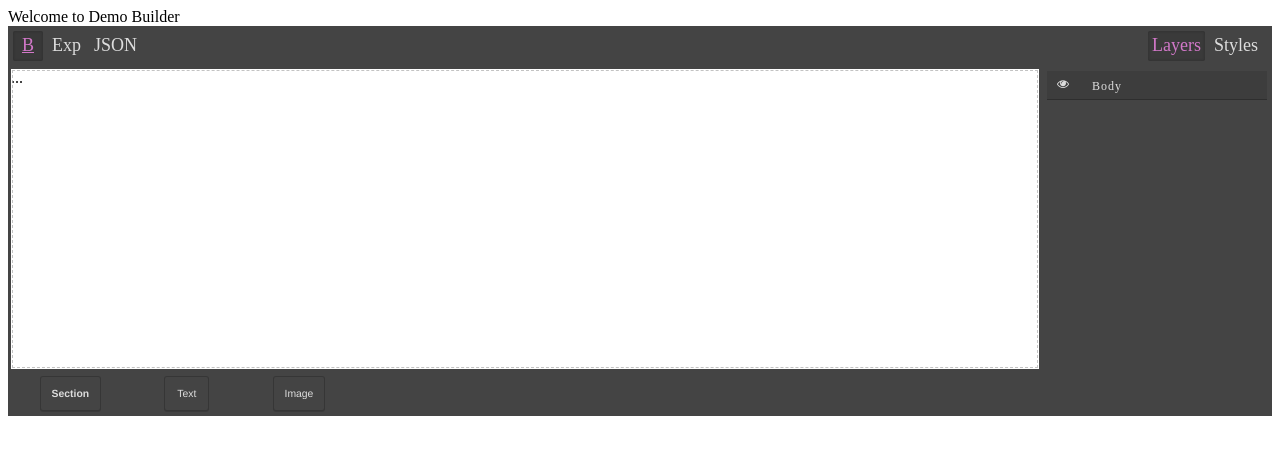
Repository: adityakulkarni000/DemoBuilder
Page: index.html
The author's editor kept a copy of each file at every save. The page is drawn from the files as they stood at one save, then again after a run of saves.
The browser window is 1280 px wide. The pictures show the whole page.

Above is the page before, as saved 2022-06-19 01:44:06.

### index.html
<html>
  <header>Welcome to Demo Builder</header>
  <link rel="stylesheet" href="css/grapes.min.css" />
  <script src="lib/grapes.min.js"></script>

  <!-- STYLE SECTION-->
  <style>
    /* Let's highlight canvas boundaries */
    #gjs {
      border: 3px solid #444;
    }

    /* Reset some default styling */
    .gjs-cv-canvas {
      top: 0;
      width: 100%;
      height: 100%;
    }
    .gjs-block {
      width: auto;
      height: auto;
      min-height: auto;
    }
    .panel__top {
      padding: 0;
      width: 100%;
      display: flex;
      position: initial;
      justify-content: center;
      justify-content: space-between;
    }
    .panel__basic-actions {
      position: initial;
    }
    .editor-row {
      display: flex;
      justify-content: flex-start;
      align-items: stretch;
      flex-wrap: nowrap;
      height: 300px;
    }

    .editor-canvas {
      flex-grow: 1;
    }

    .panel__right {
      flex-basis: 230px;
      position: relative;
      overflow-y: auto;
    }
    .panel__switcher {
      position: initial;
    }
  </style>

  <!-- BODY SECTION-->
  <body>
    <div class="panel__top">
      <div class="panel__basic-actions"></div>
      <div class="panel__switcher"></div>
    </div>
    <div class="editor-row">
      <div class="editor-canvas">
        <div id="gjs">...</div>
      </div>
      <div class="panel__right">
        <div class="layers-container"></div>
        <div class="styles-container"></div>
        <div class="traits-container"></div>
      </div>
    </div>
    <div id="blocks"></div>
  </body>

  <!-- SCRIPT SECTION-->
  <script>
    const editor = grapesjs.init({
      // Indicate where to init the editor. You can also pass an HTMLElement
      container: "#gjs",
      // Get the content for the canvas directly from the element
      // As an alternative we could use: `components: '<h1>Hello World Component!</h1>'`,
      fromElement: true,
      // Size of the editor
      height: "300px",
      width: "auto",
      // Disable the storage manager for the moment
      storageManager: false,
      // Avoid any default panel
      panels: { defaults: [] },

      blockManager: {
        appendTo: "#blocks",
        blocks: [
          {
            id: "section", // id is mandatory
            label: "<b>Section</b>", // You can use HTML/SVG inside labels
            attributes: { class: "gjs-block-section" },
            content: `<section>
          <h1>This is a simple title</h1>
          <div>This is just a Lorem text: Lorem ipsum dolor sit amet</div>
        </section>`,
          },
          {
            id: "text",
            label: "Text",
            content: '<div data-gjs-type="text">Insert your text here</div>',
          },
          {
            id: "image",
            label: "Image",
            // Select the component once it's dropped
            select: true,
            // You can pass components as a JSON instead of a simple HTML string,
            // in this case we also use a defined component type `image`
            content: { type: "image" },
            // This triggers `active` event on dropped components and the `image`
            // reacts by opening the AssetManager
            activate: true,
          },
        ],
      },
      layerManager: {
        appendTo: ".layers-container",
      },
      // We define a default panel as a sidebar to contain layers
      panels: {
        defaults: [
          {
            id: "layers",
            el: ".panel__right",
            // Make the panel resizable
            resizable: {
              maxDim: 350,
              minDim: 200,
              tc: 0, // Top handler
              cl: 1, // Left handler
              cr: 0, // Right handler
              bc: 0, // Bottom handler
              // Being a flex child we need to change `flex-basis` property
              // instead of the `width` (default)
              keyWidth: "flex-basis",
            },
          },
          {
            id: "panel-switcher",
            el: ".panel__switcher",
            buttons: [
              {
                id: "show-layers",
                active: true,
                label: "Layers",
                command: "show-layers",
                // Once activated disable the possibility to turn it off
                togglable: false,
              },
              {
                id: "show-style",
                active: true,
                label: "Styles",
                command: "show-styles",
                togglable: false,
              },
            ],
          },
        ],
      },
      selectorManager: {
        appendTo: ".styles-container",
      },
      styleManager: {
        appendTo: ".styles-container",
        sectors: [
          {
            name: "Dimension",
            open: false,
            // Use built-in properties
            buildProps: ["width", "min-height", "padding"],
            // Use `properties` to define/override single property
            properties: [
              {
                // Type of the input,
                // options: integer | radio | select | color | slider | file | composite | stack
                type: "integer",
                name: "The width", // Label for the property
                property: "width", // CSS property (if buildProps contains it will be extended)
                units: ["px", "%"], // Units, available only for 'integer' types
                defaults: "auto", // Default value
                min: 0, // Min value, available only for 'integer' types
              },
            ],
          },
          {
            name: "Extra",
            open: false,
            buildProps: ["background-color", "box-shadow", "custom-prop"],
            properties: [
              {
                id: "custom-prop",
                name: "Custom Label",
                property: "font-size",
                type: "select",
                defaults: "32px",
                // List of options, available only for 'select' and 'radio'  types
                options: [
                  { value: "12px", name: "Tiny" },
                  { value: "18px", name: "Medium" },
                  { value: "32px", name: "Big" },
                ],
              },
            ],
          },
        ],
      },
      traitManager: {
        appendTo: ".traits-container",
      },
    });

    editor.Panels.addPanel({
      id: "panel-top",
      el: ".panel__top",
    });
    editor.Panels.addPanel({
      id: "basic-actions",
      el: ".panel__basic-actions",
      buttons: [
        {
          id: "visibility",
          active: true, // active by default
          className: "btn-toggle-borders",
          label: "<u>B</u>",
          command: "sw-visibility", // Built-in command
        },
        {
          id: "export",
          className: "btn-open-export",
          label: "Exp",
          command: "export-template",
          context: "export-template", // For grouping context of buttons from the same panel
        },
        {
          id: "show-json",
          className: "btn-show-json",
          label: "JSON",
          context: "show-json",
          command(editor) {
            editor.Modal.setTitle("Components JSON")
              .setContent(
                `<textarea style="width:100%; height: 250px;">
            ${JSON.stringify(editor.getComponents())}
          </textarea>`
              )
              .open();
          },
        },
      ],
    });
    editor.Commands.add("show-layers", {
      getRowEl(editor) {
        return editor.getContainer().closest(".editor-row");
      },
      getLayersEl(row) {
        return row.querySelector(".layers-container");
      },

      run(editor, sender) {
        const lmEl = this.getLayersEl(this.getRowEl(editor));
        lmEl.style.display = "";
      },
      stop(editor, sender) {
        const lmEl = this.getLayersEl(this.getRowEl(editor));
        lmEl.style.display = "none";
      },
    });
    editor.Commands.add("show-styles", {
      getRowEl(editor) {
        return editor.getContainer().closest(".editor-row");
      },
      getStyleEl(row) {
        return row.querySelector(".styles-container");
      },

      run(editor, sender) {
        const smEl = this.getStyleEl(this.getRowEl(editor));
        smEl.style.display = "";
      },
      stop(editor, sender) {
        const smEl = this.getStyleEl(this.getRowEl(editor));
        smEl.style.display = "none";
      },
    });
    editor.Commands.add("show-traits", {
      getTraitsEl(editor) {
        const row = editor.getContainer().closest(".editor-row");
        return row.querySelector(".traits-container");
      },
      run(editor, sender) {
        this.getTraitsEl(editor).style.display = "";
      },
      stop(editor, sender) {
        this.getTraitsEl(editor).style.display = "none";
      },
    });
  </script>
</html>

Loaded but not shown: css/grapes.min.css (library); lib/grapes.min.js (library)

After the next 2 saves:
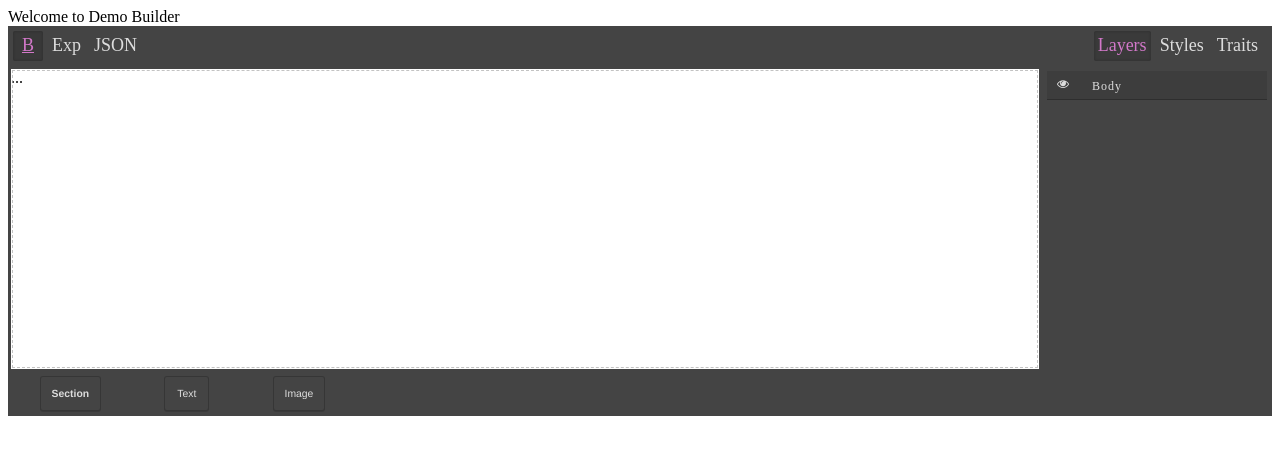
The 2 saves are shown as one change because they came seconds apart.
The last was saved 9 s later.
--- a/index.html
+++ b/index.html
@@ -159,6 +159,13 @@
                 active: true,
                 label: "Styles",
                 command: "show-styles",
+                togglable: false,
+              },
+              {
+                id: "show-traits",
+                active: true,
+                label: "Traits",
+                command: "show-traits",
                 togglable: false,
               },
             ],
